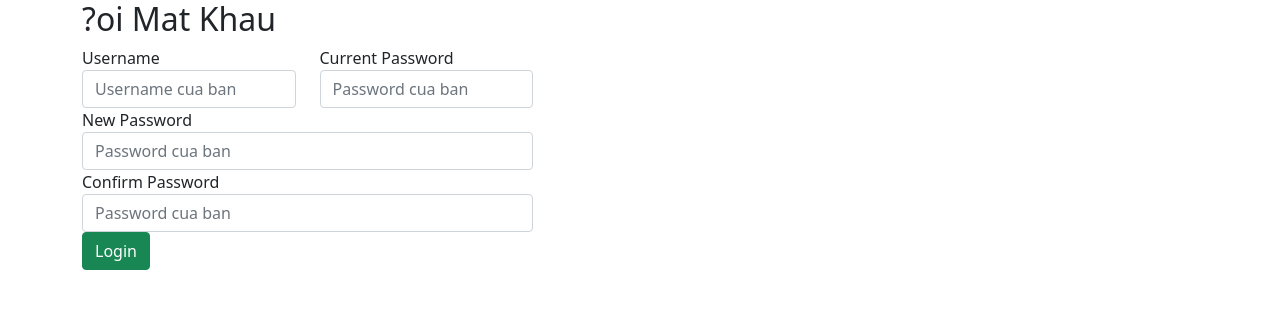
Repository: kiennd3921/AssJava4
Page: http://localhost/Assignment/view/auth/DoiMatKhau.jsp
The author's editor kept a copy of each file at every save. The page is drawn from the files as they stood at one save, then again after the next save.
The browser window is 1280 px wide. The pictures show the whole page.
The page is served by Tomcat 9.

Above is the page before, as saved 2021-04-15 15:17:15.

After the next save:
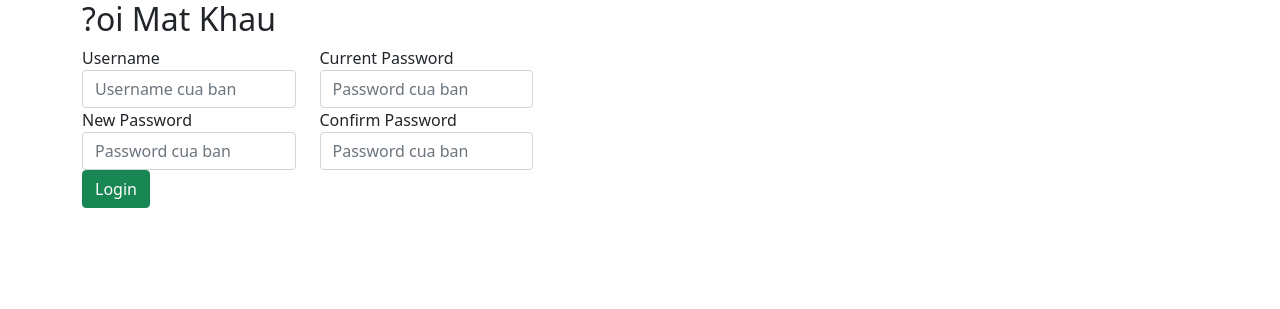
Saved 75 s later.
--- a/PT15307-UD/Assignment/WebContent/view/auth/DoiMatKhau.jsp
+++ b/PT15307-UD/Assignment/WebContent/view/auth/DoiMatKhau.jsp
@@ -32,17 +32,19 @@
 								name="">
 						</div>
 					</div>
+					<div class="row">
+						<div class="col">
+							<label>New Password</label> <input type="password"
+								class="form-control" placeholder="Password cua ban" required
+								name="">
+						</div>
+						<div class="col">
+							<label>Confirm Password</label> <input type="password"
+								class="form-control" placeholder="Password cua ban" required
+								name="">
+						</div>
+					</div>
 
-					<div class="form-group">
-						<label>New Password</label> <input type="password"
-							class="form-control" placeholder="Password cua ban" required
-							name="">
-					</div>
-					<div class="form-group">
-						<label>Confirm Password</label> <input type="password"
-							class="form-control" placeholder="Password cua ban" required
-							name="">
-					</div>
 					<div class="form-group">
 						<button class="btn btn-success" type="submit">Login</button>
 					</div>
